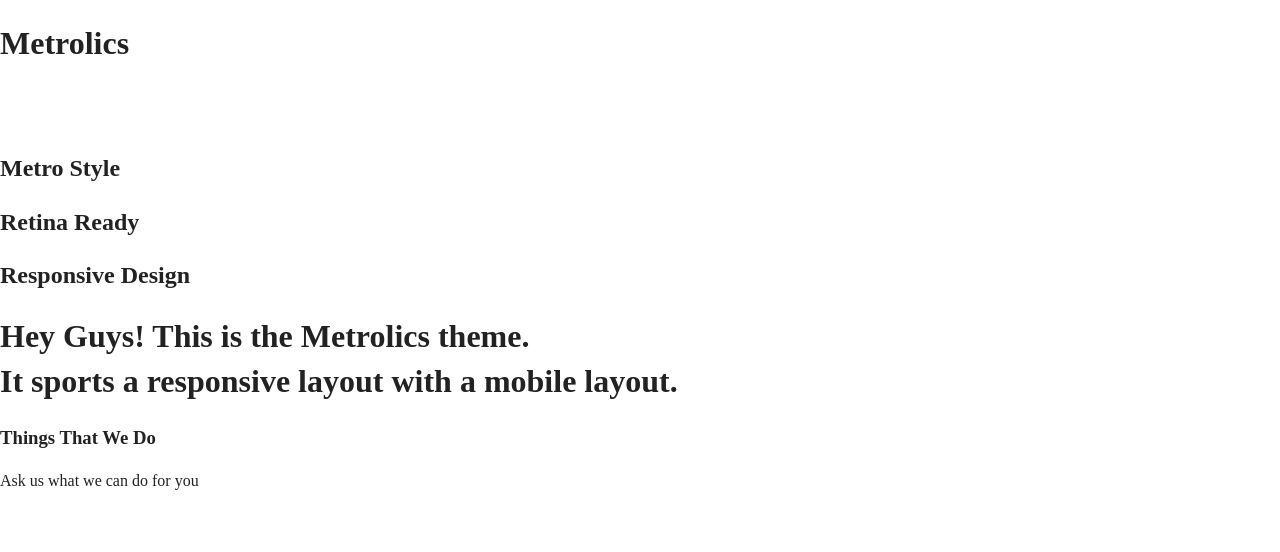
Repository: claudiashin/metrolics
Page: index.html
The author's editor kept a copy of each file at every save. The page is drawn from the files as they stood at one save, then again after a run of saves.
The browser window is 1280 px wide. The pictures show the whole page.

Above is the page before, as saved 2021-01-27 14:30:26.

After the next 2 saves:
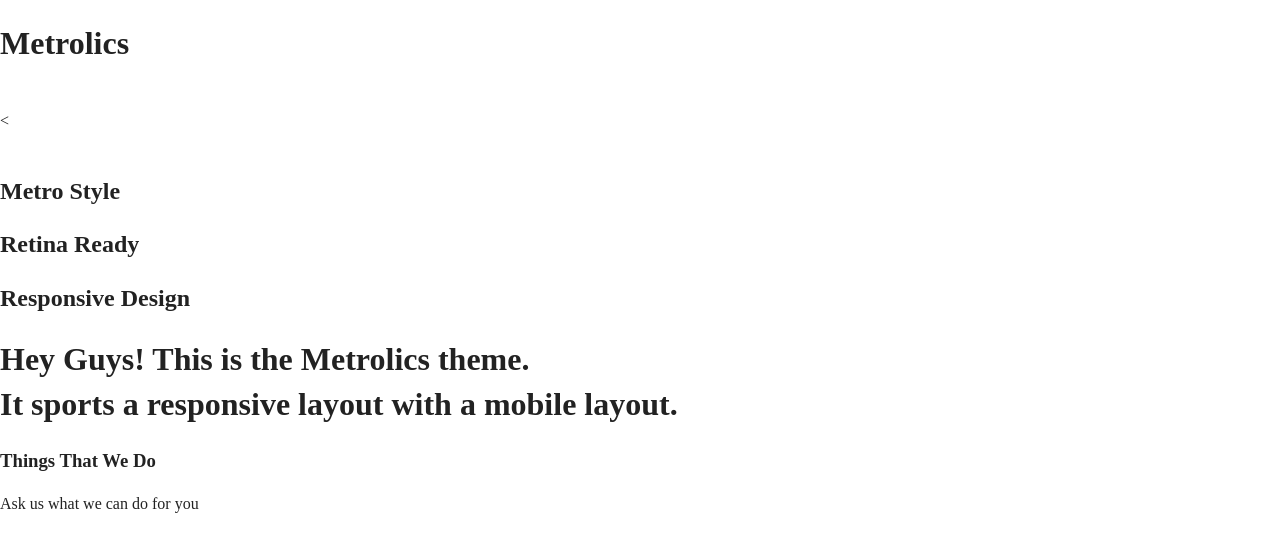
The 2 saves are shown as one change because they came seconds apart.
The last was saved 5 s later.
--- a/index.html
+++ b/index.html
@@ -25,8 +25,9 @@
 
   <nav class="navbar">
     <div class="nav_container">
-      <div class="nav_icon".
-
+      <div class="nav_icon">
+        <
+      </div>
     </div>
   </nav>
 
